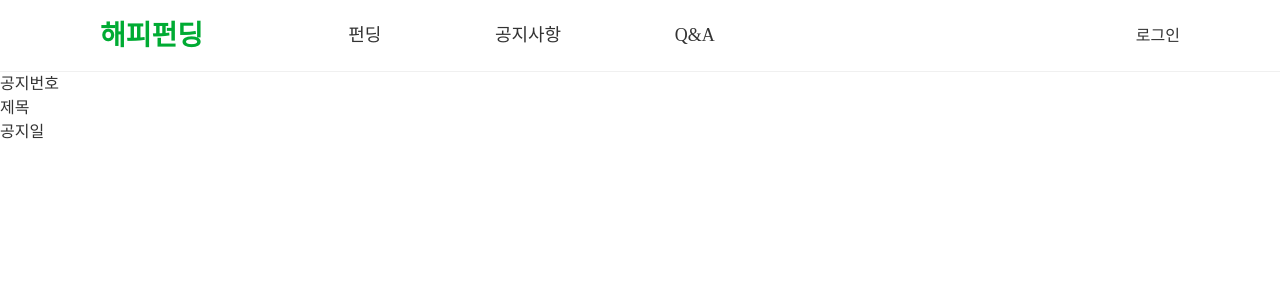
Repository: leesaereum/funding
Page: http://localhost/Funding/pages/notice.jsp
An editor plug-in stored every save of this project. The page is shown before and after the next save, followed by the edit.
The browser window is 1280 px wide. The pictures show the whole page.
The page is served by Tomcat 9.

Above is the page before, as saved 2022-04-06 09:16:04.

After the next save:
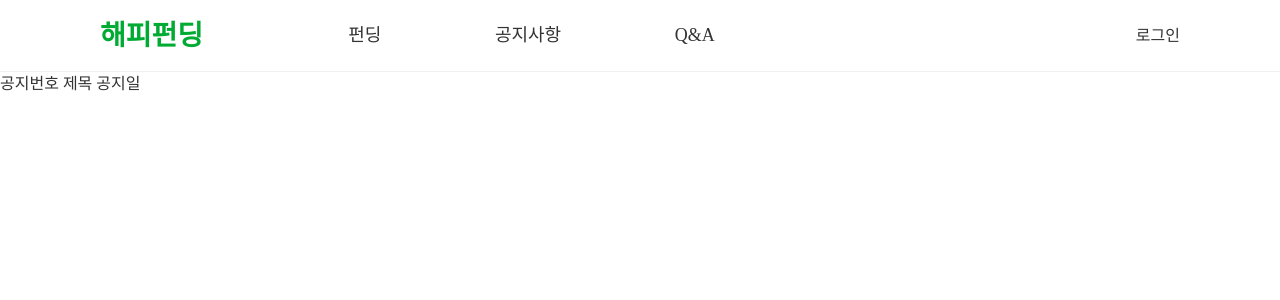
Saved 18 s later.
--- a/Funding/src/main/webapp/pages/notice.jsp
+++ b/Funding/src/main/webapp/pages/notice.jsp
@@ -44,9 +44,7 @@
 </head>
 <body>
 	<jsp:include page="/components/header.jsp"/>
-	<div>공지번호</div>
-	<div>제목</div>
-	<div>공지일</div>
+	<div>공지번호 제목 공지일</div>
 	<c:forEach items="${notice}" var="notice">
 	<tr>
 	<td>${notice.number }</td>
